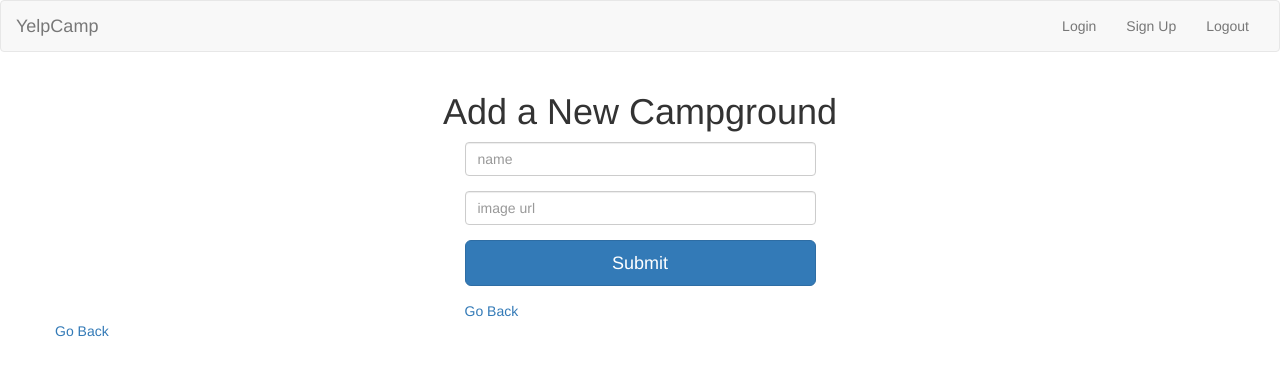
Repository: kristinamacekovic/webdevbootcamp2
Page: http://localhost/campgrounds/new
The author's editor kept a record of every edit. The page is drawn from the files as they stood at one moment, then again after the next edit.
The browser window is 1280 px wide. The pictures show the whole page.
The page is served by the project's Node server (YelpCamp/v1/app.js).

Above is the page before.

After the next edit:
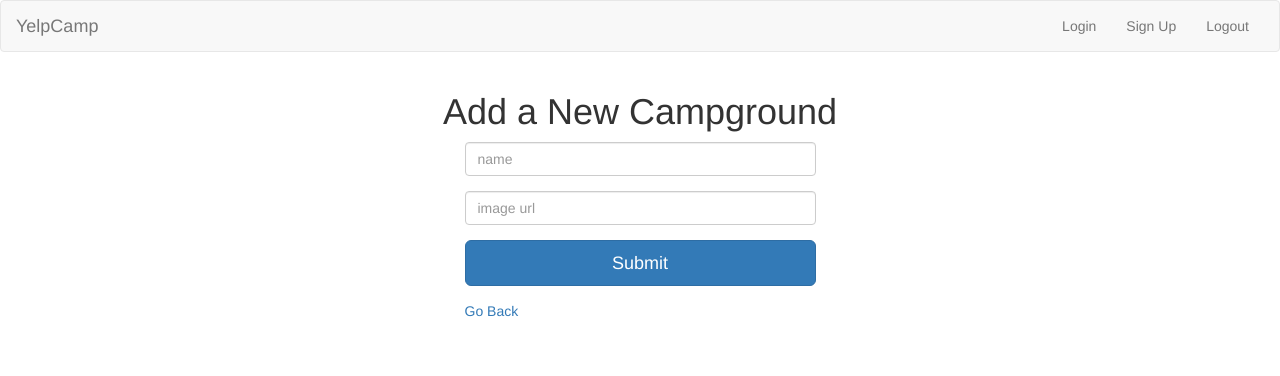
The edit:
--- a/YelpCamp/v1/views/new.ejs
+++ b/YelpCamp/v1/views/new.ejs
@@ -16,7 +16,6 @@
 </form>
 <a href="/campgrounds">Go Back</a>
 </div>
-<a href="/campgrounds">Go Back</a>
 </div>
 </div>
 <% include partials/footer %>
